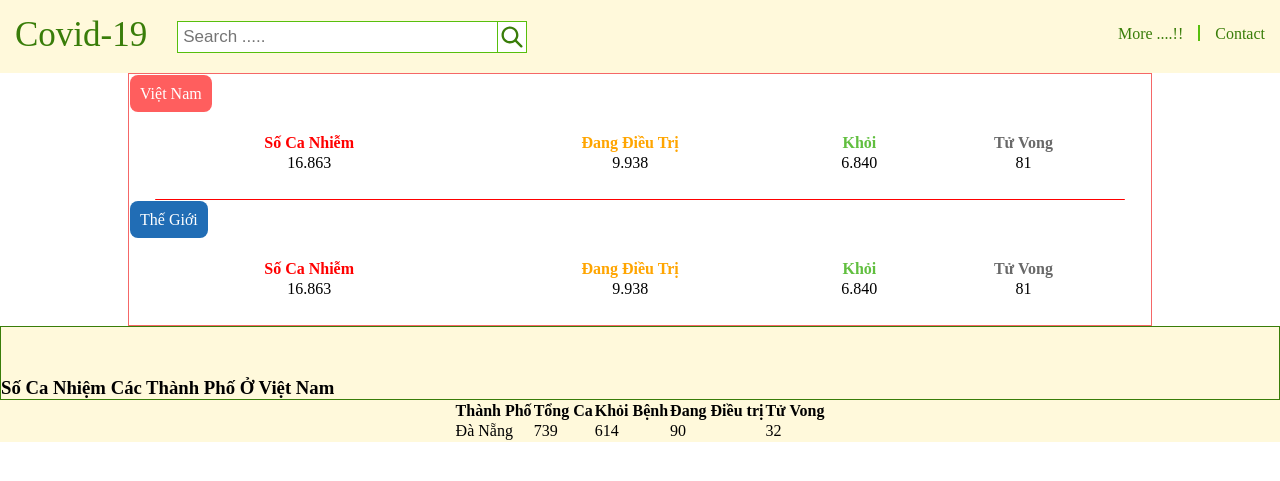
Repository: thuongton98/Covid
Page: html-css-js/index.html
The author's editor kept a copy of each file at every save. The page is drawn from the files as they stood at one save, then again after the next save.
The browser window is 1280 px wide. The pictures show the whole page.

Above is the page before, as saved 2021-07-01 10:11:26.

After the next save:
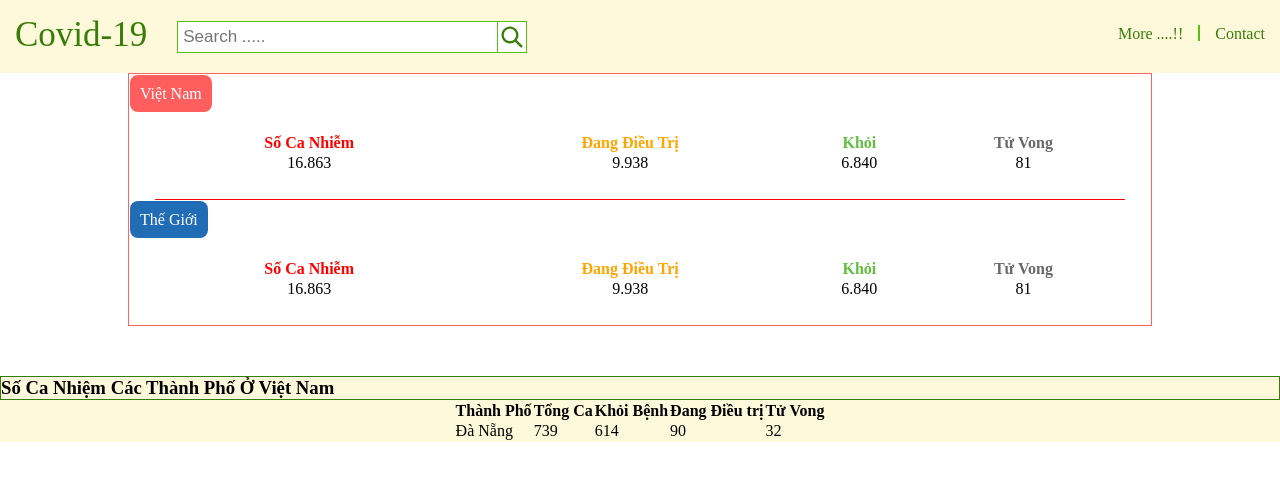
Saved 5 s later.
--- a/html-css-js/styles.css
+++ b/html-css-js/styles.css
@@ -158,7 +158,7 @@ nav .icon .icon-search svg:hover{
     border:1px solid #397d09;
     margin:0;
     padding:0;
-    padding-top:50px
+    margin-top:50px;
 }
 .all-case table{
     margin: 0 auto;
